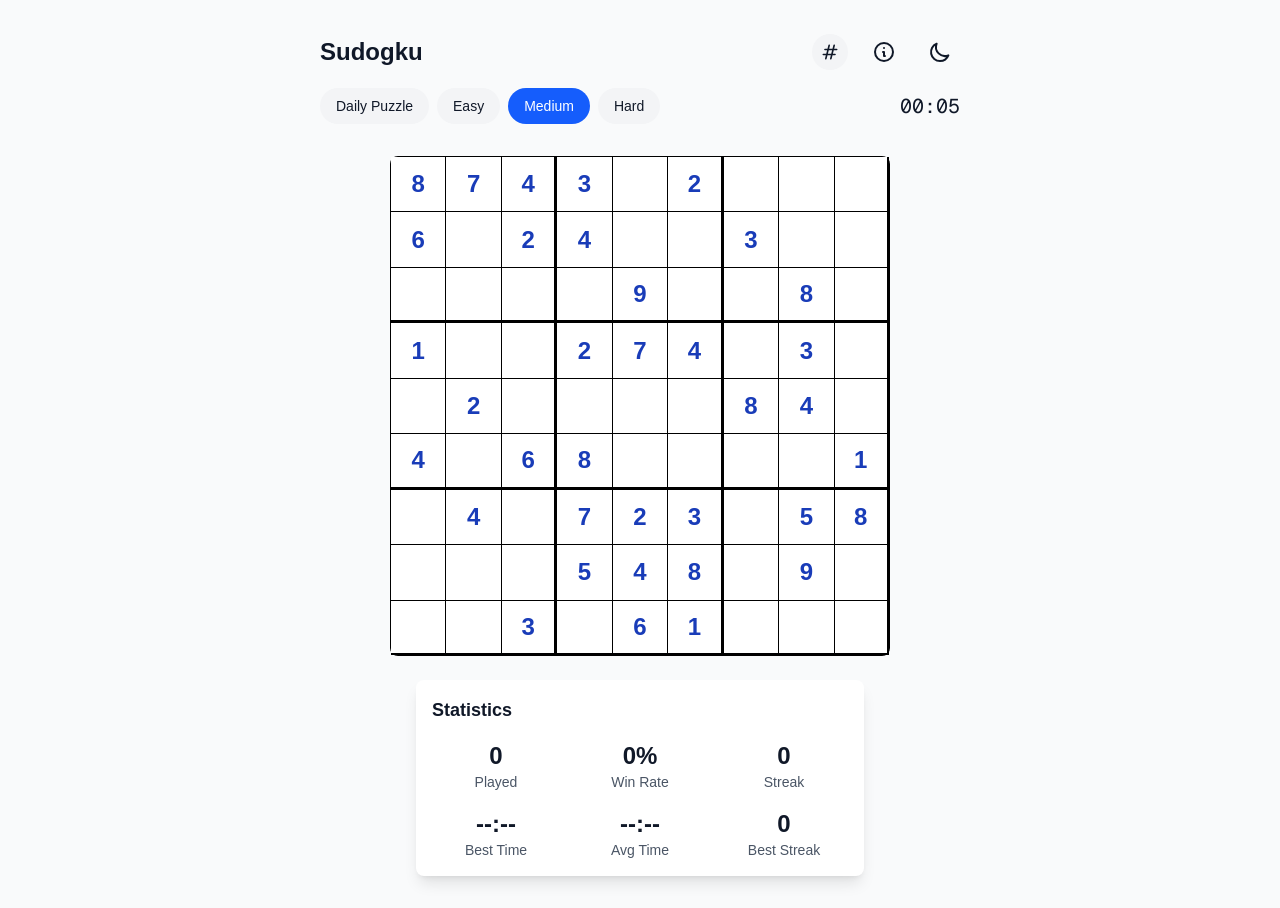
Repository: JavierSilvaF/sudogku
Page: / (app in sudogku-app/)
The author's editor kept a copy of each file at every save. The page is drawn from the files as they stood at one save, then again after the next save.
The browser window is 1280 px wide. The pictures show the whole page.
The project was rebuilt for these pictures with package versions that can differ from the ones it lists, and the page was loaded fresh each time. The framework's server and built-in components were replaced by stand-ins that run in the browser. Also part of the build but not shown: sudogku-app/next.config.mjs, sudogku-app/next.config.ts, sudogku-app/src/utils/dogImages.tsx.

Above is the page before, as saved 2025-04-06 03:20:07.

### sudogku-app/src/app/page.tsx
'use client'

import { ThemeProvider } from 'next-themes'
import { GameProvider } from '@/context/GameContext'
import Header from '@/components/Header'
import GameBoard from '@/components/GameBoard'
import NumberPad from '@/components/NumberPad'
import Victory from '@/components/Victory'
import Stats from '@/components/Stats'

export default function Home() {
  return (
    <ThemeProvider attribute='class'>
      <GameProvider>
        <div className='min-h-screen bg-gray-50 dark:bg-gray-900 text-gray-900 dark:text-gray-50'>
          <div className='max-w-2xl mx-auto px-4 py-8 pb-32 sm:pb-8'>
            <Header />
            <main className='flex flex-col items-center gap-6'>
              <GameBoard />
              <Stats />
            </main>
          </div>
          <NumberPad />
          <Victory />
        </div>
      </GameProvider>
    </ThemeProvider>
  )
}

### sudogku-app/src/components/NumberPad.tsx
import { motion } from 'framer-motion'
import { useGame } from '@/context/GameContext'
import { DogImage } from '@/utils/dogImages'

export default function NumberPad() {
  const {
    selectedCell,
    setCellValue,
    togglePencilMark,
    isPencilMode,
    displayMode,
  } = useGame()

  const handleNumberClick = (number: number) => {
    if (!selectedCell) return

    if (isPencilMode) {
      togglePencilMark(selectedCell[0], selectedCell[1], number)
    } else {
      setCellValue(selectedCell[0], selectedCell[1], number)
    }
  }

  const handleErase = () => {
    if (!selectedCell) return
    setCellValue(selectedCell[0], selectedCell[1], null)
  }

  return (
    <div className='fixed bottom-0 left-0 right-0 bg-white dark:bg-gray-800 p-4 shadow-lg sm:hidden'>
      <div className='max-w-md mx-auto'>
        <div className='grid grid-cols-5 gap-2 mb-4'>
          {[1, 2, 3, 4, 5, 6, 7, 8, 9].map((number) => (
            <motion.button
              key={number}
              className='aspect-square w-full flex items-center justify-center bg-gray-100 dark:bg-gray-700 rounded-lg'
              onClick={() => handleNumberClick(number)}
              whileTap={{ scale: 0.95 }}
            >
              {displayMode === 'dogs' ? (
                <div className='w-full h-full flex items-center justify-center'>
                  <DogImage number={number} />
                </div>
              ) : (
                <span className='text-xl font-bold'>{number}</span>
              )}
            </motion.button>
          ))}
        </div>

        <div className='flex justify-center gap-2'>
          <motion.button
            className={`px-4 py-2 rounded-lg flex items-center gap-2 ${
              isPencilMode
                ? 'bg-blue-600 text-white'
                : 'bg-gray-100 dark:bg-gray-700'
            }`}
            onClick={() => {}}
            whileTap={{ scale: 0.95 }}
          >
            <svg
              className='w-5 h-5'
              fill='none'
              stroke='currentColor'
              viewBox='0 0 24 24'
            >
              <path
                strokeLinecap='round'
                strokeLinejoin='round'
                strokeWidth={2}
                d='M15.232 5.232l3.536 3.536m-2.036-5.036a2.5 2.5 0 113.536 3.536L6.5 21.036H3v-3.572L16.732 3.732z'
              />
            </svg>
            Pencil
          </motion.button>
          <motion.button
            className='px-4 py-2 rounded-lg bg-red-500 text-white font-medium flex items-center gap-2'
            onClick={handleErase}
            whileTap={{ scale: 0.95 }}
          >
            <svg
              className='w-5 h-5'
              fill='none'
              stroke='currentColor'
              viewBox='0 0 24 24'
            >
              <path
                strokeLinecap='round'
                strokeLinejoin='round'
                strokeWidth={2}
                d='M19 7l-.867 12.142A2 2 0 0116.138 21H7.862a2 2 0 01-1.995-1.858L5 7m5 4v6m4-6v6m1-10V4a1 1 0 00-1-1h-4a1 1 0 00-1 1v3M4 7h16'
              />
            </svg>
            Erase
          </motion.button>
        </div>
      </div>
    </div>
  )
}

### sudogku-app/src/components/Victory.tsx
import { motion, AnimatePresence } from 'framer-motion'
import { useGame } from '@/context/GameContext'
import { useState } from 'react'
import { DogImage } from '@/utils/dogImages'

export default function Victory() {
  const {
    isComplete,
    timer,
    isDailyPuzzle,
    board,
    solution,
    displayMode,
    resetGame,
  } = useGame()
  const [showResults, setShowResults] = useState(false)

  const formatTime = (seconds: number) => {
    const mins = Math.floor(seconds / 60)
    const secs = seconds % 60
    return `${mins}:${secs.toString().padStart(2, '0')}`
  }

  const handleViewResults = () => {
    setShowResults(true)
  }

  const handleCloseResults = () => {
    setShowResults(false)
  }

  return (
    <AnimatePresence>
      {isComplete && (
        <motion.div
          initial={{ opacity: 0, scale: 0.8 }}
          animate={{ opacity: 1, scale: 1 }}
          exit={{ opacity: 0, scale: 0.8 }}
          className='fixed inset-0 flex items-center justify-center bg-black/50 z-50 p-4'
        >
          <motion.div
            initial={{ y: 20 }}
            animate={{ y: 0 }}
            className='bg-white dark:bg-gray-800 rounded-lg p-6 max-w-sm w-full shadow-xl'
          >
            <h2 className='text-2xl font-bold mb-4 text-center'>
              🎉 Puzzle Complete! 🎉
            </h2>
            <div className='space-y-4'>
              <p className='text-center'>
                Time: <span className='font-mono'>{formatTime(timer)}</span>
              </p>
              {isDailyPuzzle && (
                <div className='text-center text-sm'>
                  Come back tomorrow for a new daily puzzle!
                </div>
              )}
              {!showResults ? (
                <div className='flex flex-col gap-4'>
                  <motion.button
                    className='w-full p-4 bg-blue-500 text-white rounded-lg shadow-md'
                    onClick={handleViewResults}
                    whileTap={{ scale: 0.95 }}
                  >
                    View Results
                  </motion.button>
                  <motion.button
                    className='w-full p-4 bg-gray-200 dark:bg-gray-700 rounded-lg shadow-md'
                    onClick={resetGame}
                    whileTap={{ scale: 0.95 }}
                  >
                    Play Again
                  </motion.button>
                </div>
              ) : (
                <div className='space-y-4'>
                  <div className='grid grid-cols-9 gap-[1px] bg-black dark:bg-black p-[1px] rounded-lg'>
                    {board.map((row, rowIndex) =>
                      row.map((cell, colIndex) => {
                        const isCorrect = cell === solution[rowIndex][colIndex]
                        return (
                          <div
                            key={`${rowIndex}-${colIndex}`}
                            className={`
                              aspect-square w-full flex items-center justify-center text-2xl font-bold
                              ${
                                isCorrect
                                  ? 'bg-green-100 dark:bg-green-900'
                                  : 'bg-red-100 dark:bg-red-900'
                              }
                              ${
                                colIndex % 3 === 2
                                  ? 'border-r-2 border-black dark:border-white'
                                  : ''
                              }
                              ${
                                rowIndex % 3 === 2
                                  ? 'border-b-2 border-black dark:border-white'
                                  : ''
                              }
                            `}
                          >
                            {cell !== null &&
                              (displayMode === 'dogs' ? (
                                <DogImage number={cell} />
                              ) : (
                                <span
                                  className={
                                    isCorrect
                                      ? 'text-green-800 dark:text-green-300'
                                      : 'text-red-800 dark:text-red-300'
                                  }
                                >
                                  {cell}
                                </span>
                              ))}
                          </div>
                        )
                      })
                    )}
                  </div>
                  <div className='flex justify-between items-center mt-4'>
                    <div className='flex items-center gap-2'>
                      <div className='w-4 h-4 bg-green-100 dark:bg-green-900 rounded'></div>
                      <span className='text-sm'>Correct</span>
                    </div>
                    <div className='flex items-center gap-2'>
                      <div className='w-4 h-4 bg-red-100 dark:bg-red-900 rounded'></div>
                      <span className='text-sm'>Incorrect</span>
                    </div>
                  </div>
                  <motion.button
                    className='w-full p-4 bg-gray-200 dark:bg-gray-700 rounded-lg shadow-md mt-4'
                    onClick={handleCloseResults}
                    whileTap={{ scale: 0.95 }}
                  >
                    Back
                  </motion.button>
                </div>
              )}
            </div>
          </motion.div>
        </motion.div>
      )}
    </AnimatePresence>
  )
}

### sudogku-app/src/components/Stats.tsx
import { useState, useEffect } from 'react'
import { motion } from 'framer-motion'

interface Statistics {
  gamesPlayed: number
  gamesWon: number
  currentStreak: number
  bestStreak: number
  averageTime: number
  bestTime: number
}

export default function Stats() {
  const [stats, setStats] = useState<Statistics>({
    gamesPlayed: 0,
    gamesWon: 0,
    currentStreak: 0,
    bestStreak: 0,
    averageTime: 0,
    bestTime: 0,
  })

  useEffect(() => {
    // Load stats from localStorage
    const savedStats = localStorage.getItem('sudogku-stats')
    if (savedStats) {
      setStats(JSON.parse(savedStats))
    }
  }, [])

  const formatTime = (seconds: number) => {
    if (seconds === 0) return '--:--'
    const mins = Math.floor(seconds / 60)
    const secs = seconds % 60
    return `${mins.toString().padStart(2, '0')}:${secs
      .toString()
      .padStart(2, '0')}`
  }

  return (
    <motion.div
      initial={{ opacity: 0 }}
      animate={{ opacity: 1 }}
      className='w-full max-w-md bg-white dark:bg-gray-800 rounded-lg p-4 shadow-lg'
    >
      <h2 className='text-lg font-bold mb-4'>Statistics</h2>
      <div className='grid grid-cols-2 sm:grid-cols-3 gap-4'>
        <div className='text-center'>
          <div className='text-2xl font-bold'>{stats.gamesPlayed}</div>
          <div className='text-sm text-gray-600 dark:text-gray-400'>Played</div>
        </div>
        <div className='text-center'>
          <div className='text-2xl font-bold'>
            {stats.gamesPlayed
              ? Math.round((stats.gamesWon / stats.gamesPlayed) * 100)
              : 0}
            %
          </div>
          <div className='text-sm text-gray-600 dark:text-gray-400'>
            Win Rate
          </div>
        </div>
        <div className='text-center'>
          <div className='text-2xl font-bold'>{stats.currentStreak}</div>
          <div className='text-sm text-gray-600 dark:text-gray-400'>Streak</div>
        </div>
        <div className='text-center'>
          <div className='text-2xl font-bold'>{formatTime(stats.bestTime)}</div>
          <div className='text-sm text-gray-600 dark:text-gray-400'>
            Best Time
          </div>
        </div>
        <div className='text-center'>
          <div className='text-2xl font-bold'>
            {formatTime(stats.averageTime)}
          </div>
          <div className='text-sm text-gray-600 dark:text-gray-400'>
            Avg Time
          </div>
        </div>
        <div className='text-center'>
          <div className='text-2xl font-bold'>{stats.bestStreak}</div>
          <div className='text-sm text-gray-600 dark:text-gray-400'>
            Best Streak
          </div>
        </div>
      </div>
    </motion.div>
  )
}

### sudogku-app/src/utils/dailyPuzzle.ts
import { SudokuGenerator, Grid } from './sudoku';
import seedrandom from 'seedrandom';

export function getDailyPuzzleSeed() {
  const now = new Date();
  const year = now.getUTCFullYear();
  const month = now.getUTCMonth();
  const day = now.getUTCDate();
  return `${year}-${month}-${day}`;
}

export function generateDailyPuzzle(): { puzzle: Grid, solution: Grid } {
  const seed = getDailyPuzzleSeed();
  const generator = new SudokuGenerator();

  // Use the seed to generate a deterministic puzzle
  const seedNumber = Array.from(seed).reduce((acc, char) => acc + char.charCodeAt(0), 0);
  seedrandom(seedNumber.toString());

  return generator.generate('medium');
}

Loaded but not shown: sudogku-app/src/app/layout.tsx (common file); sudogku-app/src/app/globals.css (common file); sudogku-app/src/context/GameContext.tsx (317 lines, source omitted); sudogku-app/src/components/GameBoard.tsx (206 lines, source omitted); sudogku-app/src/components/Header.tsx (185 lines, source omitted); sudogku-app/src/utils/sudoku.ts (138 lines, source omitted)

After the next save:
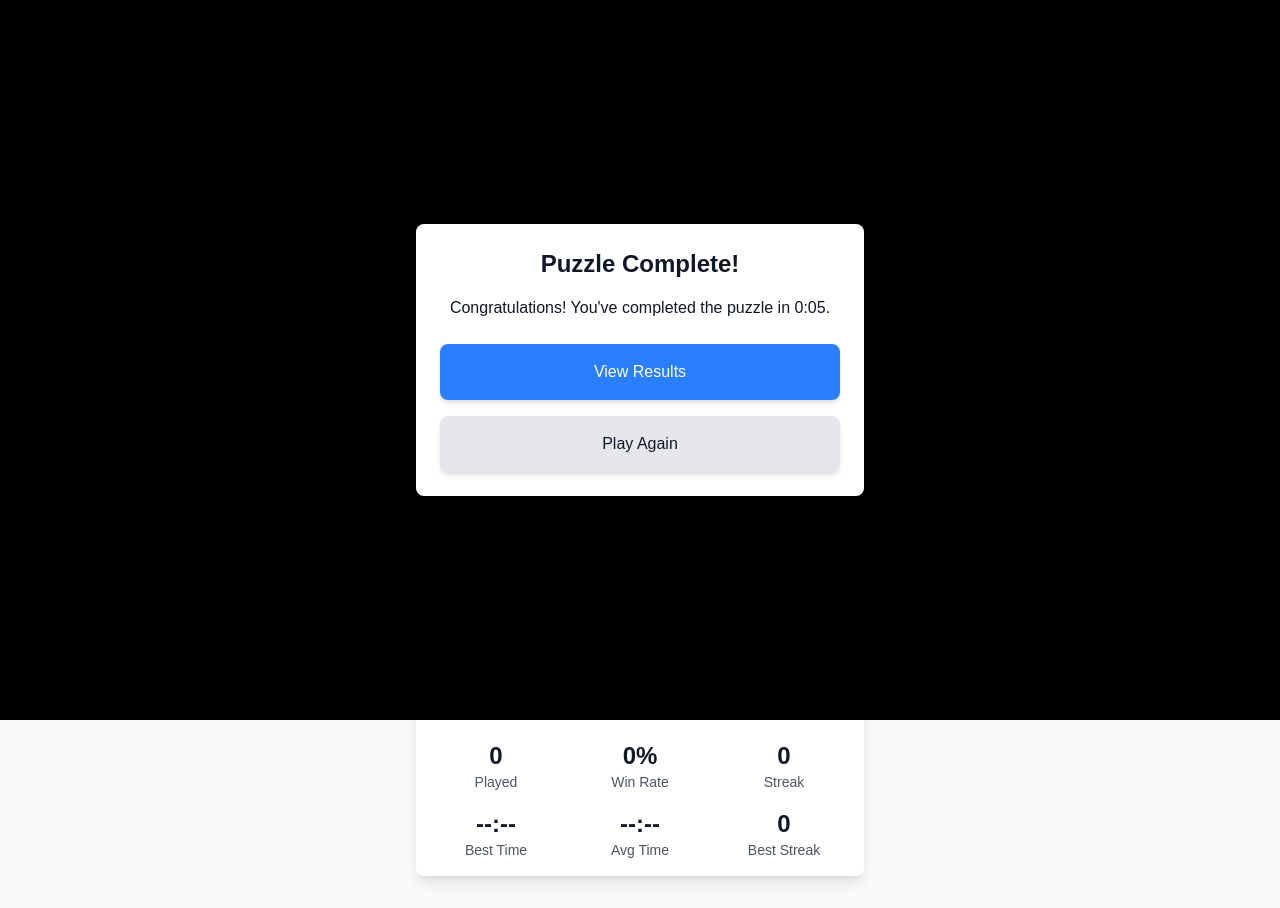
Saved 26 s later.
--- a/sudogku-app/src/components/Victory.tsx
+++ b/sudogku-app/src/components/Victory.tsx
@@ -12,6 +12,7 @@ export default function Victory() {
     solution,
     displayMode,
     resetGame,
+    setShowVictory,
   } = useGame()
   const [showResults, setShowResults] = useState(false)
 
@@ -23,6 +24,9 @@ export default function Victory() {
 
   const handleViewResults = () => {
     setShowResults(true)
+    setTimeout(() => {
+      setShowVictory(false)
+    }, 300)
   }
 
   const handleCloseResults = () => {
@@ -31,113 +35,42 @@ export default function Victory() {
 
   return (
     <AnimatePresence>
-      {isComplete && (
+      {!showResults && (
         <motion.div
-          initial={{ opacity: 0, scale: 0.8 }}
-          animate={{ opacity: 1, scale: 1 }}
-          exit={{ opacity: 0, scale: 0.8 }}
-          className='fixed inset-0 flex items-center justify-center bg-black/50 z-50 p-4'
+          initial={{ opacity: 0 }}
+          animate={{ opacity: 1 }}
+          exit={{ opacity: 0 }}
+          className='fixed inset-0 bg-black bg-opacity-50 flex items-center justify-center z-50 p-4'
         >
           <motion.div
-            initial={{ y: 20 }}
-            animate={{ y: 0 }}
-            className='bg-white dark:bg-gray-800 rounded-lg p-6 max-w-sm w-full shadow-xl'
+            initial={{ scale: 0.9, opacity: 0 }}
+            animate={{ scale: 1, opacity: 1 }}
+            exit={{ scale: 0.9, opacity: 0 }}
+            className='bg-white dark:bg-gray-800 rounded-lg p-6 max-w-md w-full shadow-xl'
           >
-            <h2 className='text-2xl font-bold mb-4 text-center'>
-              🎉 Puzzle Complete! 🎉
+            <h2 className='text-2xl font-bold text-center mb-4'>
+              Puzzle Complete!
             </h2>
-            <div className='space-y-4'>
-              <p className='text-center'>
-                Time: <span className='font-mono'>{formatTime(timer)}</span>
-              </p>
-              {isDailyPuzzle && (
-                <div className='text-center text-sm'>
-                  Come back tomorrow for a new daily puzzle!
-                </div>
-              )}
-              {!showResults ? (
-                <div className='flex flex-col gap-4'>
-                  <motion.button
-                    className='w-full p-4 bg-blue-500 text-white rounded-lg shadow-md'
-                    onClick={handleViewResults}
-                    whileTap={{ scale: 0.95 }}
-                  >
-                    View Results
-                  </motion.button>
-                  <motion.button
-                    className='w-full p-4 bg-gray-200 dark:bg-gray-700 rounded-lg shadow-md'
-                    onClick={resetGame}
-                    whileTap={{ scale: 0.95 }}
-                  >
-                    Play Again
-                  </motion.button>
-                </div>
-              ) : (
-                <div className='space-y-4'>
-                  <div className='grid grid-cols-9 gap-[1px] bg-black dark:bg-black p-[1px] rounded-lg'>
-                    {board.map((row, rowIndex) =>
-                      row.map((cell, colIndex) => {
-                        const isCorrect = cell === solution[rowIndex][colIndex]
-                        return (
-                          <div
-                            key={`${rowIndex}-${colIndex}`}
-                            className={`
-                              aspect-square w-full flex items-center justify-center text-2xl font-bold
-                              ${
-                                isCorrect
-                                  ? 'bg-green-100 dark:bg-green-900'
-                                  : 'bg-red-100 dark:bg-red-900'
-                              }
-                              ${
-                                colIndex % 3 === 2
-                                  ? 'border-r-2 border-black dark:border-white'
-                                  : ''
-                              }
-                              ${
-                                rowIndex % 3 === 2
-                                  ? 'border-b-2 border-black dark:border-white'
-                                  : ''
-                              }
-                            `}
-                          >
-                            {cell !== null &&
-                              (displayMode === 'dogs' ? (
-                                <DogImage number={cell} />
-                              ) : (
-                                <span
-                                  className={
-                                    isCorrect
-                                      ? 'text-green-800 dark:text-green-300'
-                                      : 'text-red-800 dark:text-red-300'
-                                  }
-                                >
-                                  {cell}
-                                </span>
-                              ))}
-                          </div>
-                        )
-                      })
-                    )}
-                  </div>
-                  <div className='flex justify-between items-center mt-4'>
-                    <div className='flex items-center gap-2'>
-                      <div className='w-4 h-4 bg-green-100 dark:bg-green-900 rounded'></div>
-                      <span className='text-sm'>Correct</span>
-                    </div>
-                    <div className='flex items-center gap-2'>
-                      <div className='w-4 h-4 bg-red-100 dark:bg-red-900 rounded'></div>
-                      <span className='text-sm'>Incorrect</span>
-                    </div>
-                  </div>
-                  <motion.button
-                    className='w-full p-4 bg-gray-200 dark:bg-gray-700 rounded-lg shadow-md mt-4'
-                    onClick={handleCloseResults}
-                    whileTap={{ scale: 0.95 }}
-                  >
-                    Back
-                  </motion.button>
-                </div>
-              )}
+            <p className='text-center mb-6'>
+              Congratulations! You've completed the puzzle in{' '}
+              {formatTime(timer)}.
+            </p>
+
+            <div className='flex flex-col gap-4'>
+              <motion.button
+                className='w-full p-4 bg-blue-500 text-white rounded-lg shadow-md'
+                onClick={handleViewResults}
+                whileTap={{ scale: 0.95 }}
+              >
+                View Results
+              </motion.button>
+              <motion.button
+                className='w-full p-4 bg-gray-200 dark:bg-gray-700 rounded-lg shadow-md'
+                onClick={resetGame}
+                whileTap={{ scale: 0.95 }}
+              >
+                Play Again
+              </motion.button>
             </div>
           </motion.div>
         </motion.div>
